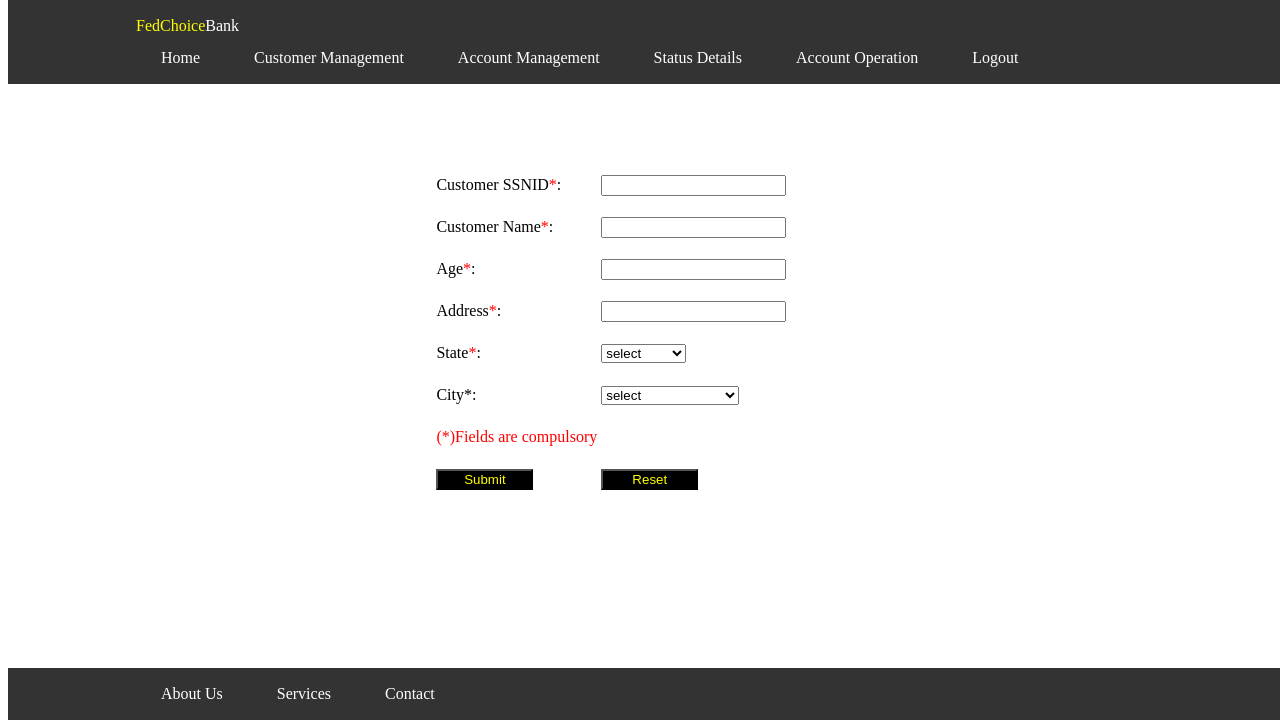
Repository: gopikavinod/RBM
Page: http://localhost/Retail_Bank_Management/userLogged.jsp
An editor plug-in stored every save of this project. The page is shown before and after the next save, followed by the edit.
The browser window is 1280 px wide. The pictures show the whole page.
The page is served by Tomcat 9.

Above is the page before, as saved 2020-06-15 11:14:54.

After the next save:
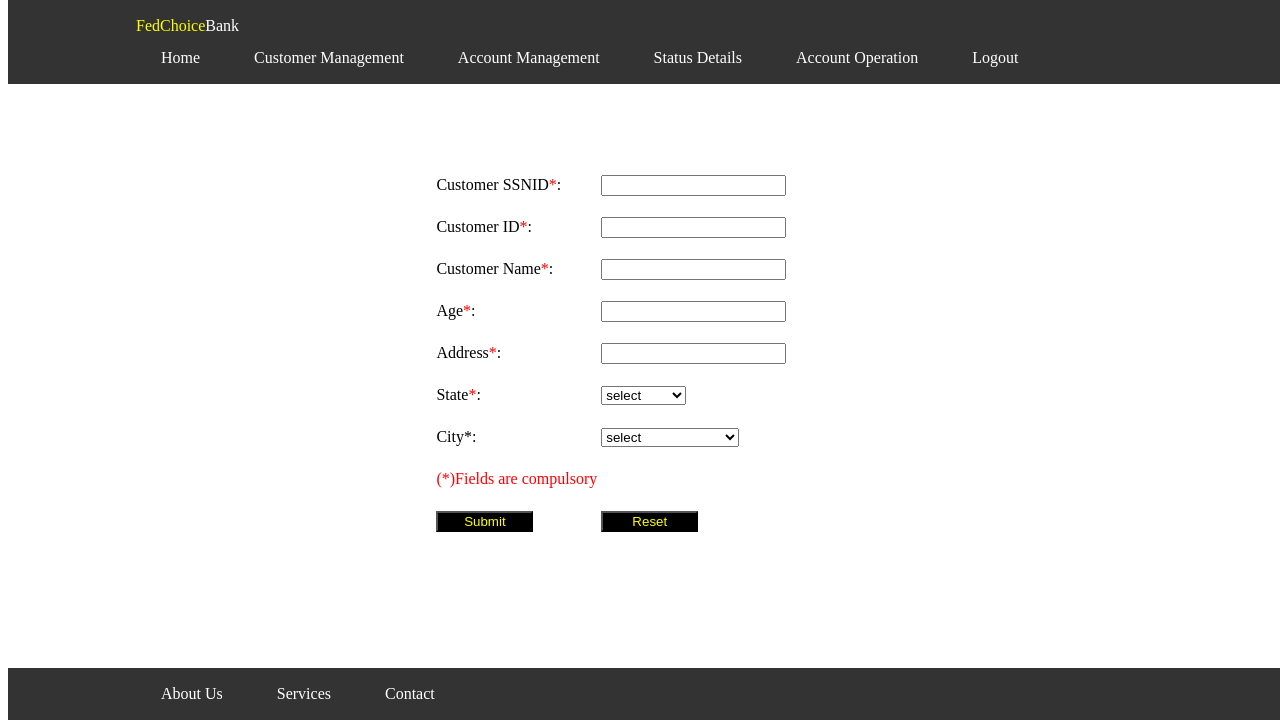
Saved 10 min 18 s later.
--- a/eclipse-workspace/Retail Bank Management/WebContent/userLogged.jsp
+++ b/eclipse-workspace/Retail Bank Management/WebContent/userLogged.jsp
@@ -90,19 +90,23 @@
     <table>
 <tr >
 <td>Customer SSNID<span class="aestric">*</span>:</td>
-<td><input type="text" id="cssnid" name="customerssnid" value=""> </td>
+<td><input type="text" id="cssnid" name="customerssnid" value="" > </td>
+</tr>
+<tr >
+<td>Customer ID<span class="aestric">*</span>:</td>
+<td><input type="text" id="custid" name="customerid" value=""> </td>
 </tr>
 <tr>
 <td>Customer Name<span class="aestric">*</span>:</td>
-<td><input type="text" id="cname" name="customername" value=""> </td>
+<td><input type="text" id="cname" name="customername" value="" required="required"> </td>
 </tr>
 <tr>
 <td>Age<span class="aestric">*</span>:</td>
-<td><input type="number" id="cname" name="customername" value=""></td>
+<td><input type="number" id="cname" name="customername" value="" required="required"></td>
 </tr>
 <tr>
 <td>Address<span class="aestric">*</span>:</td>
-<td> <input type="text" id="address" name="customeraddress" value=""></td>
+<td> <input type="text" id="address" name="customeraddress" value="" required="required"></td>
 </tr>
 <tr>
 <td>State<span class="aestric">*</span>:</td>
